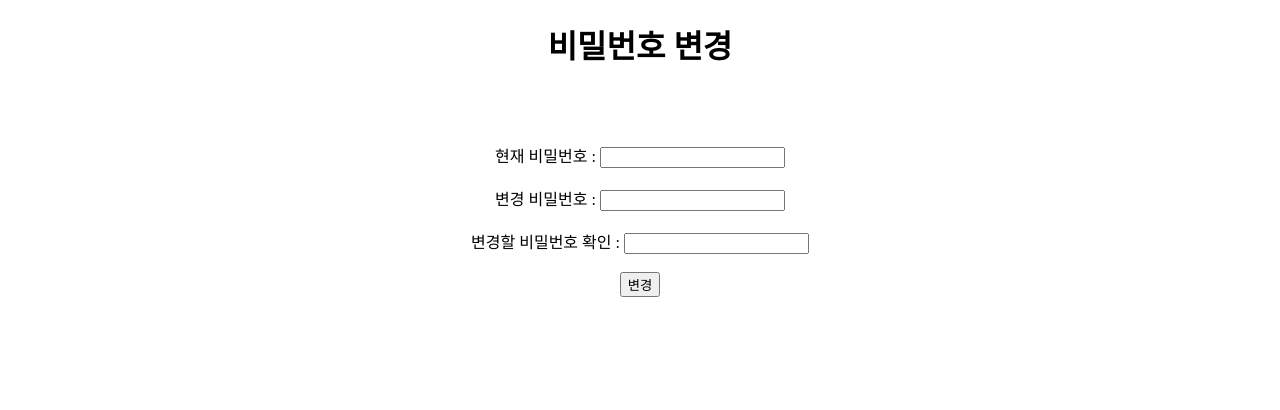
Repository: teeeeeeemo/workspace_spring
Page: http://localhost/BoardWeb/changeUserInfo.jsp
An editor plug-in stored every save of this project. The page is shown before and after the next save, followed by the edit.
The browser window is 1280 px wide. The pictures show the whole page.
The page is served by Tomcat 9. Nobody is signed in. The application's start-up code is not run.

Above is the page before, as saved 2017-01-29 08:18:13.

After the next save:
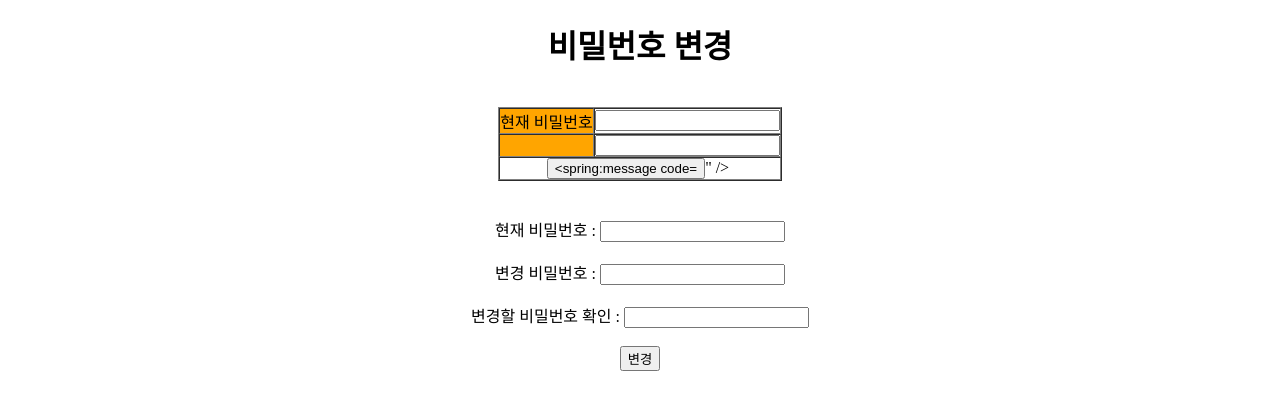
Saved 107 s later.
--- a/BoardWeb/src/main/webapp/changeUserInfo.jsp
+++ b/BoardWeb/src/main/webapp/changeUserInfo.jsp
@@ -1,5 +1,5 @@
 <%@ page language="java" contentType="text/html; charset=UTF-8"
-    pageEncoding="UTF-8"%>
+	pageEncoding="UTF-8"%>
 <!DOCTYPE html PUBLIC "-//W3C//DTD HTML 4.01 Transitional//EN" "http://www.w3.org/TR/html4/loose.dtd">
 <html>
 <head>
@@ -7,20 +7,44 @@
 <title>Insert title here</title>
 </head>
 <body>
- 	<center>
-    <h1> 비밀번호 변경 </h1>
-    <br /> <form action="CHANGEPROFILE_PW_CHECK.jsp" method="post" onsubmit="return input_check_func()">
-    <br />
-    <br /> 현재 비밀번호 : <input id="now_pw" name="now_pw">
-    <br />
-    <br /> 변경 비밀번호 : <input id="change_pw" name="change_pw">
-    <br />
-    <br /> 변경할 비밀번호 확인 : <input id="change_pw_check" name="change_pw_check">
-    <br />
-    <br /> <button> 변경 </button>
-    <br /> </form>
-  </center>
-    <script>
+	<center>
+		<h1>비밀번호 변경</h1>
+		<br />
+		<form action="CHANGEPROFILE_PW_CHECK.jsp" method="post"
+			onsubmit="return input_check_func()">
+			<table border="1" cellpadding="0" cellspacing="0">
+				<tr>
+					<td bgcolor="orange">현재 비밀번호</td>
+					<td><input type="password" name="id" value="${userVO.id}"></td>
+				</tr>
+				<tr>
+					<td bgcolor="orange"><spring:message
+							code="message.user.login.password" /></td>
+					<td><input type="password" name="password"
+						value="${userVO.password }"></td>
+				</tr>
+				<tr>
+					<td colspan="2" align="center"><input type="submit"
+						value="<spring:message code="message.user.login.loginBtn"/>" />&nbsp;</td>
+				</tr>
+			</table>
+
+
+
+
+
+
+
+
+			<br /> <br /> 현재 비밀번호 : <input id="now_pw" name="now_pw"> <br />
+			<br /> 변경 비밀번호 : <input id="change_pw" name="change_pw"> <br />
+			<br /> 변경할 비밀번호 확인 : <input id="change_pw_check"
+				name="change_pw_check"> <br /> <br />
+			<button>변경</button>
+			<br />
+		</form>
+	</center>
+	<script>
     // input_check_func는 회원가입에 필요한 3가지 문항을 전부다 채워 넣었는지 check 해준다
     // 이는 form onsubmit에 의해 발동되며 return 값이 false 일 경우 페이지의 데이터가 action= 좌표로 넘어가지 않게된다
     function input_check_func() {
